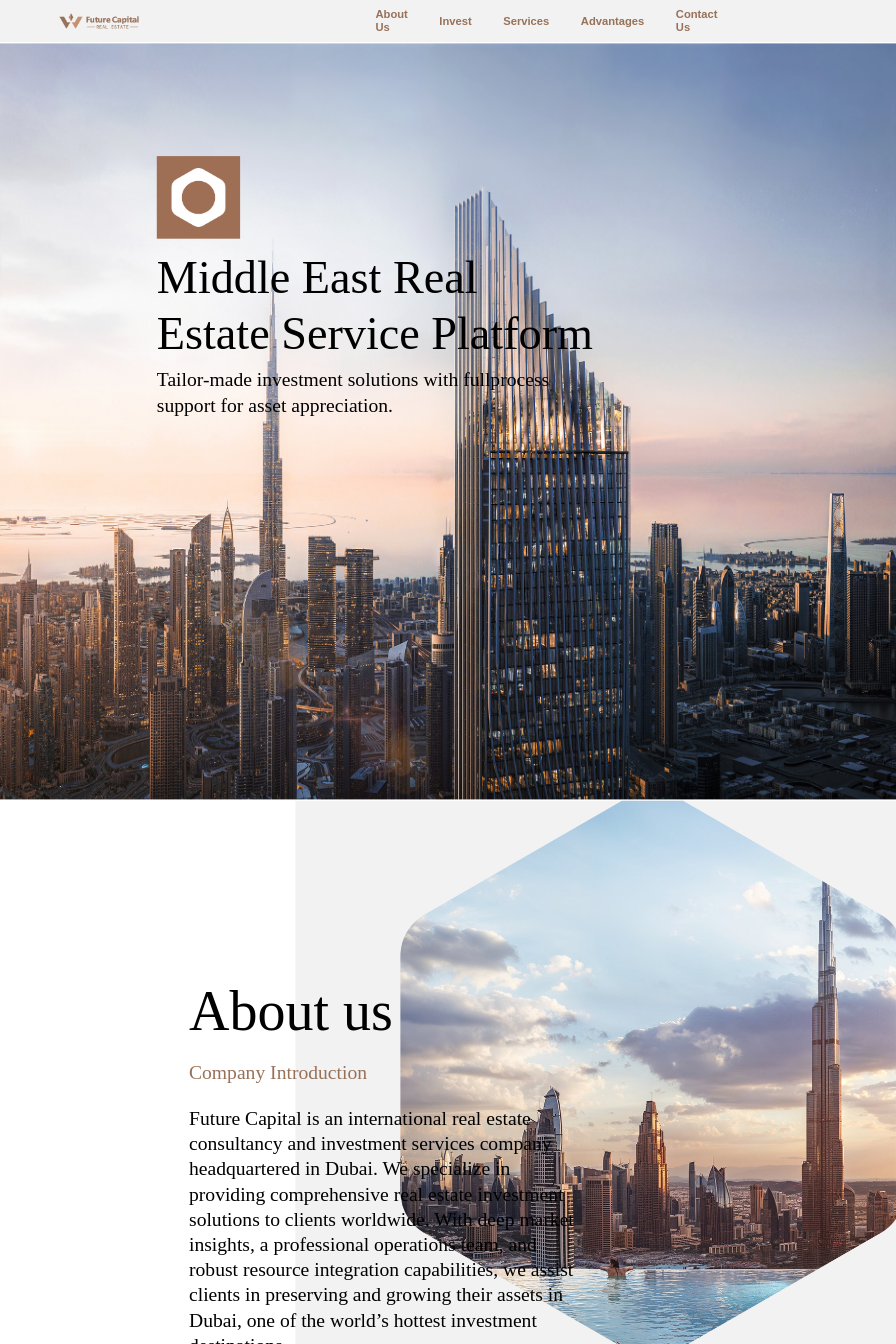
Repository: hcliu987/FutureCapital
Page: /
These files come from the project's save history. The page is drawn as it stood at one moment and after the next save; the edit follows.
The browser window is 1280 px wide. The pictures show the part of the page from y = 0 to 1920 px (the page is 8610 px tall), at 70% of full size.
The project was rebuilt for these pictures with package versions that can differ from the ones it lists, and the page was loaded fresh each time. Also part of the build but not shown: vue.config.js.

Above is the page before, as saved 2025-01-18 14:01:07.

After the next save:
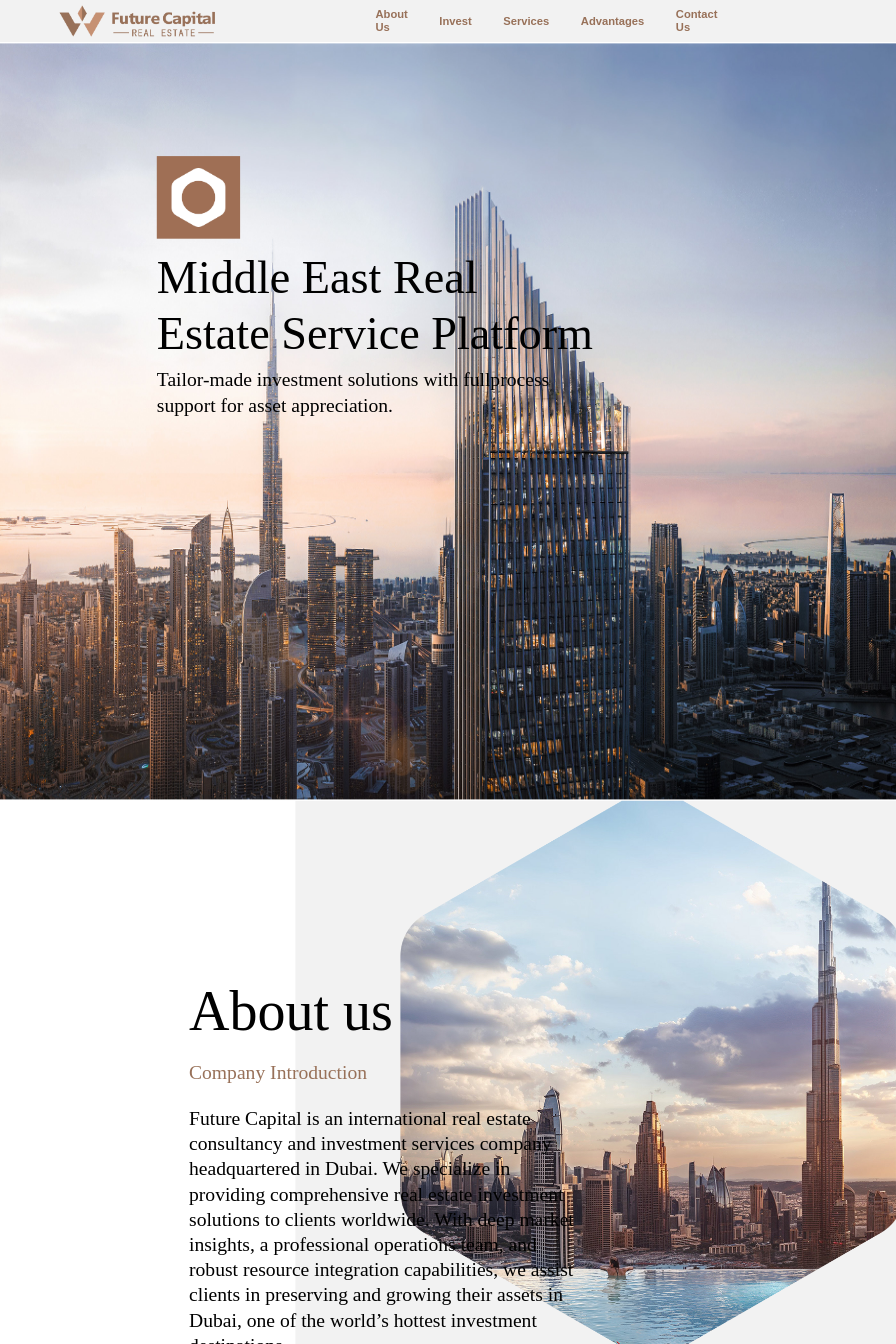
Saved 20 s later.
--- a/src/components/homePage.vue
+++ b/src/components/homePage.vue
@@ -248,7 +248,7 @@
   display: flex;
   align-items: center;
   justify-content: end;
-  width: 100%;
+  width: 10%;
   font-family: 'Outfit Bold', sans-serif;
   font-size: 1px;
 }

After the save that followed:
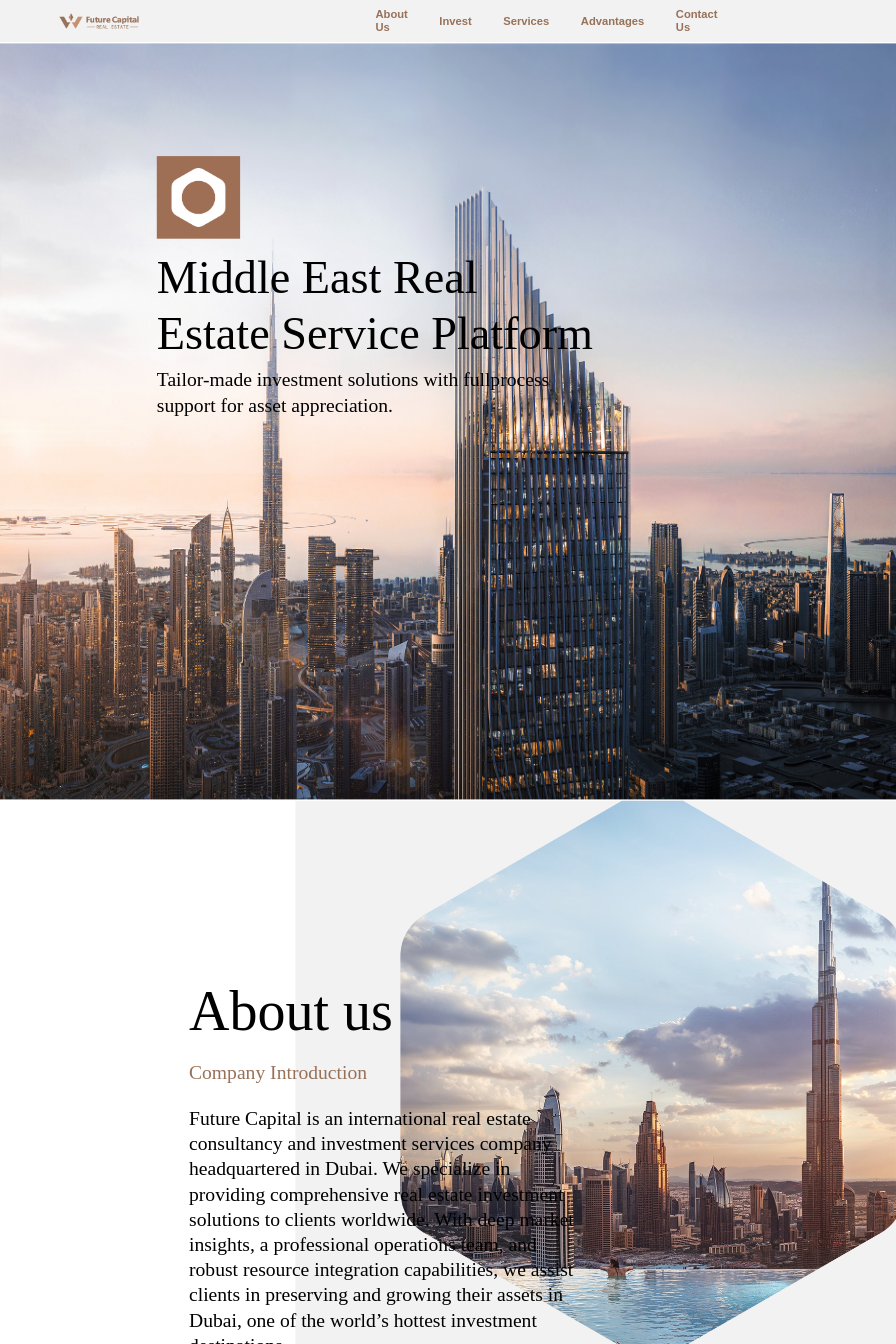
Saved 7 s later.
--- a/src/components/homePage.vue
+++ b/src/components/homePage.vue
@@ -248,7 +248,7 @@
   display: flex;
   align-items: center;
   justify-content: end;
-  width: 10%;
+  width: 100%;
   font-family: 'Outfit Bold', sans-serif;
   font-size: 1px;
 }
